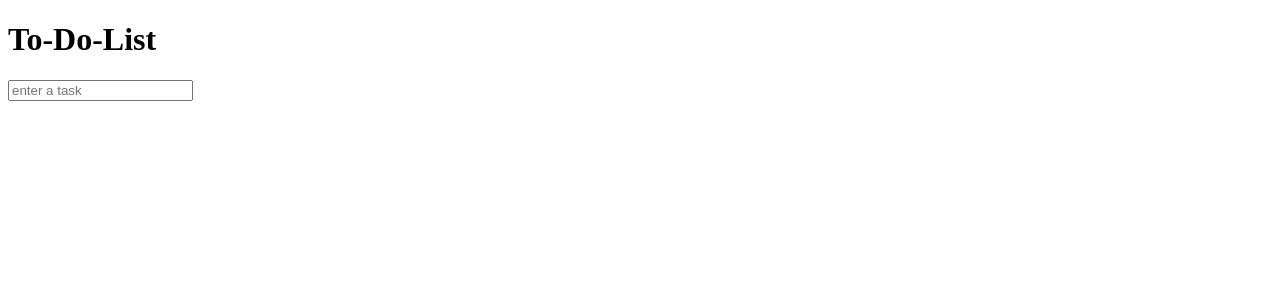
Repository: wakoya-tech/to-do-list-app
Page: /
An editor plug-in stored every save of this project. The page is shown before and after the next save, followed by the edit.
The browser window is 1280 px wide. The pictures show the whole page.
The project was rebuilt for these pictures with package versions that can differ from the ones it lists, and the page was loaded fresh each time. Also part of the build but not shown: vite.config.js, src/App.css, src/index.css.

Above is the page before, as saved 2025-10-16 15:23:27.

After the next save:
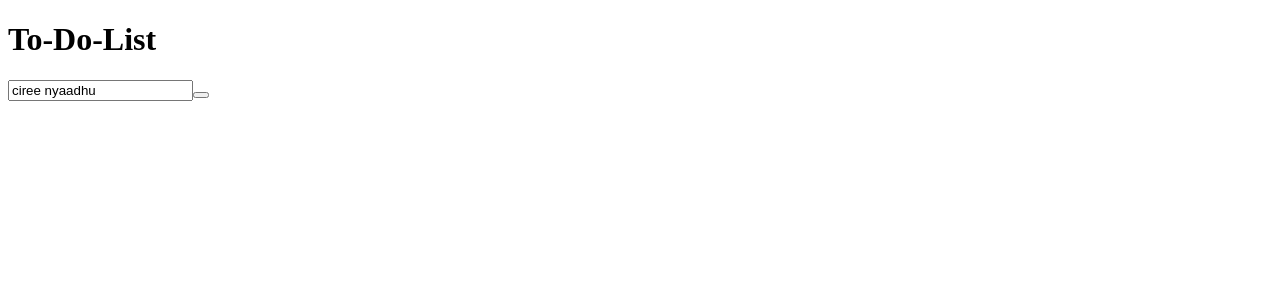
Saved 7 min 47 s later.
--- a/src/ToDoList.jsx
+++ b/src/ToDoList.jsx
@@ -2,7 +2,7 @@ import React,{useState} from 'react'
 
 function ToDoList() {
     const [tasks,setTasks]=useState([])
-    const [newTask,setNewTask]=useState("");
+    const [newTask,setNewTask]=useState("ciree nyaadhu","uffata jijiiradhu","mana barumsaa deemi");
     function handleInputChange(e){
       setNewTask(e.target.value)
     }
@@ -24,6 +24,7 @@ function ToDoList() {
 <div>
     <input type="text" placeholder='enter a task'
     value={newTask} onChange={handleInputChange}/>
+ <button className='add-button' onClick={addTask}> </button>
 </div>
     </div>
   )
